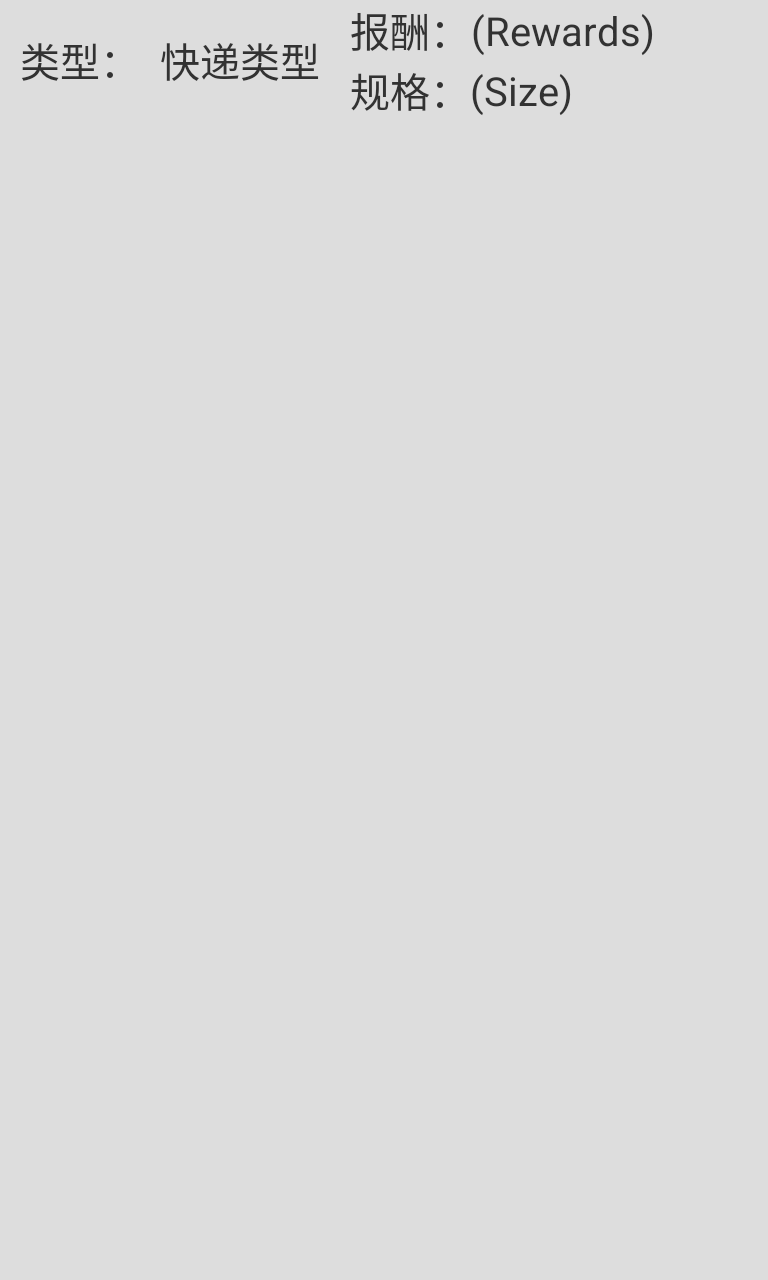
Repository: fariashen/campus-express
Layout: easyCourier/res/layout/item_request.xml
The author's editor kept a copy of each file at every save. The layout is drawn from the files as they stood at one save, then again after the next save.
It is drawn on a 768 x 1280 px phone screen (xhdpi) without system bars, with theme AppTheme; the app's code is not run. The app's manifest (not shown) leaves right-to-left support off. So textAlignment, textDirection and layoutDirection are ignored, and left and right values win over start and end ones.

Above is the layout before, as saved 2016-04-25 06:46:14.

### easyCourier/res/layout/item_request.xml
<?xml version="1.0" encoding="utf-8"?>
<RelativeLayout xmlns:android="http://schemas.android.com/apk/res/android"
    android:layout_width="match_parent"
    android:layout_height="wrap_content"
    android:layout_marginBottom="10dp"
    style="@style/common_vertical_division_line_style"
    android:orientation="vertical"
    android:paddingBottom="20dp"
    android:layout_marginTop="10dp" >

    <TextView
        android:id="@+id/tv_tip_itemKinds"
        android:layout_width="wrap_content"
        android:layout_height="wrap_content"
        android:layout_marginLeft="10dp"
        android:layout_marginTop="15dp"
        android:gravity="center"
        android:text="类型："
        android:textSize="20sp" />

    <TextView
        android:id="@+id/tv_itemKinds"
        android:layout_width="wrap_content"
        android:layout_height="wrap_content"
        android:layout_marginTop="15dp"
        android:layout_marginLeft="10dp"
        android:layout_toEndOf="@id/tv_tip_itemKinds"
        android:text="快递类型"
        android:textSize="20sp" />

    <TextView
        android:id="@+id/tv_tip_itemReward"
        android:layout_width="wrap_content"
        android:layout_height="30dp"
        android:layout_marginLeft="15dp"
        android:layout_toEndOf="@id/tv_itemKinds"
        android:text="报酬："
        android:textSize="20sp" />

    <TextView
        android:id="@+id/tv_itemReward"
        android:layout_width="wrap_content"
        android:layout_height="30dp"
        android:layout_toEndOf="@id/tv_tip_itemReward"
        android:gravity="center"
        android:text="(Rewards)"
        android:textSize="20sp" />



    <TextView
        android:id="@+id/tv_tip_itemSize"
        android:layout_width="wrap_content"
        android:layout_height="30dp"
        android:layout_toEndOf="@id/tv_itemKinds"
        android:layout_below="@id/tv_tip_itemReward"
        android:layout_toEndOf="@id/tv_itemKinds"
        android:layout_marginLeft="15dp"
        android:text="规格："
        android:textSize="20sp" />

    <TextView
        android:id="@+id/tv_itemSize"
        android:layout_width="wrap_content"
        android:layout_height="30dp"
        android:layout_below="@id/tv_itemReward"
        android:layout_toEndOf="@id/tv_itemKinds"
        android:layout_toEndOf="@id/tv_tip_itemSize"
        android:gravity="center"
        android:text="(Size)"
        android:textSize="20sp" />

</RelativeLayout>

### easyCourier/res/values/styles.xml
<resources xmlns:android="http://schemas.android.com/apk/res/android">

    <!--
        Base application theme, dependent on API level. This theme is replaced
        by AppBaseTheme from res/values-vXX/styles.xml on newer devices.
    -->
    <style name="AppBaseTheme" parent="android:Theme.Light">
        <!--
            Theme customizations available in newer API levels can go in
            res/values-vXX/styles.xml, while customizations related to
            backward-compatibility can go here.
        -->
    </style>

    <!-- Application theme. -->
    <style name="AppTheme" parent="AppBaseTheme">
        <!-- All customizations that are NOT specific to a particular API-level can go here. -->
    </style>

    <!-- 最外层样式 -->
    <style name="wrap_layout">
        <item name="android:orientation">vertical</item>
        <item name="android:layout_height">wrap_content</item>
        <item name="android:layout_width">match_parent</item>
        <item name="android:layout_marginLeft">8dp</item>
        <item name="android:layout_marginRight">8dp</item>
        <item name="android:layout_marginTop">8dp</item>
		<item name="android:padding">1px</item>
        <item name="android:background">@drawable/bg_layout_shape</item>

    </style>

    <!-- 共用层样式 -->
    <style name="base_layout">
        <item name="android:orientation">horizontal</item>
		 <item name="android:layout_width">match_parent</item>
		 <item name="android:layout_height">wrap_content</item>
		 <item name="android:paddingTop">16dp</item>
		 <item name="android:paddingBottom">16dp</item>
		 <item name="android:paddingLeft">12dp</item>
		 <item name="android:paddingRight">12dp</item>
        <item name="android:gravity">center_vertical</item>
         <item name="android:focusable">true</item>
        <item name="android:clickable">true</item>
    </style>


    <!-- 上圆角样式 -->
    <style name="top_layout" parent="base_layout">
        <item name="android:background">@drawable/top_layout_selector</item>
    </style>


    <!--无圆角样式  -->
    <style name="mid_layout" parent="base_layout">
         <item name="android:background">@drawable/mid_layout_selector</item>
    </style>

        <!-- 下圆角样式 -->
    <style name="bottom_layout"  parent="base_layout">
          <item name="android:background">@drawable/bottom_layout_selector</item>
    </style>

    <!-- 全圆角样式 -->
    <style name="single_layout" parent="base_layout">
        <item name="android:background">@drawable/single_layout_selector</item>
    </style>



    <!-- textview样式 -->
    <style name="usertext">
        <item name="android:textSize">16dp</item>
        <item name="android:textColor">@color/text_clo</item>
        <item name="android:layout_width">wrap_content</item>
        <item name="android:layout_height">wrap_content</item>
        <item name="android:layout_weight">1</item>
    </style>


    <!-- 文本右边箭头样式 -->
    <style name="img_arrow">
        <item name="android:layout_width">wrap_content</item>
        <item name="android:layout_height">wrap_content</item>
        <item name="android:src">@drawable/setting_arrow</item>

    </style>


   <!-- view分割线样式 -->
    <style name="bg_line">
        <item name="android:layout_width">match_parent</item>
        <item name="android:layout_height">1px</item>
        <item name="android:background">@color/border_clo</item>
    </style>

    <style name="common_vertical_division_line_style">
    <item name="android:layout_width">0.5dp</item>
    <item name="android:layout_height">match_parent</item>
    <item name="android:background">#dddddd</item>
    </style>



    <!--  这个是加入退出时界面的代码 -->
    <style name="mypopwindow_anim_style">
        <item name="android:windowEnterAnimation">@anim/popshow_anim</item>
 <!-- 指定显示的动画xml -->

        <item name="android:windowExitAnimation">@anim/pophidden_anim</item>
 <!-- 指定消失的动画xml -->
    </style>
</resources>

Loaded but not shown: easyCourier/res/values-v11/styles.xml (common file); easyCourier/res/values-v14/styles.xml (common file)

After the next save:
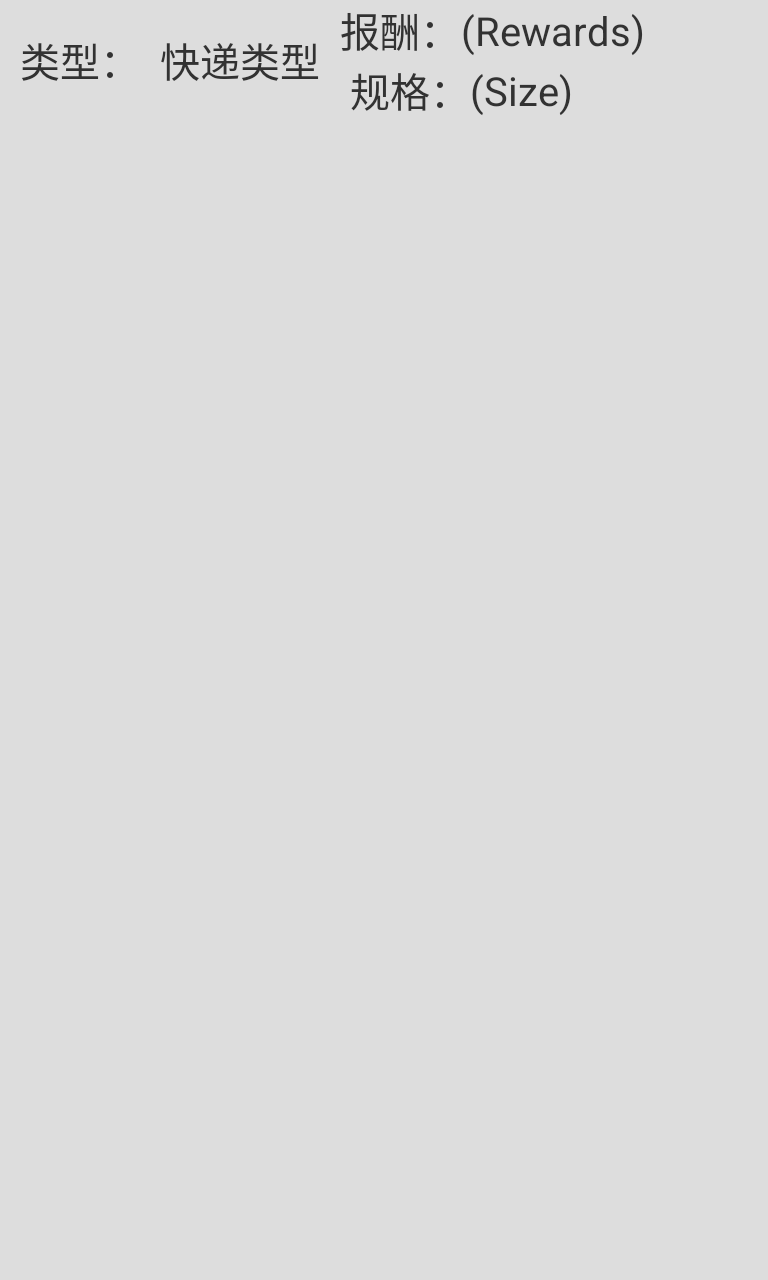
Saved 42 s later.
--- a/easyCourier/res/layout/item_request.xml
+++ b/easyCourier/res/layout/item_request.xml
@@ -32,7 +32,7 @@
         android:id="@+id/tv_tip_itemReward"
         android:layout_width="wrap_content"
         android:layout_height="30dp"
-        android:layout_marginLeft="15dp"
+        android:layout_marginLeft="10dp"
         android:layout_toEndOf="@id/tv_itemKinds"
         android:text="报酬："
         android:textSize="20sp" />
